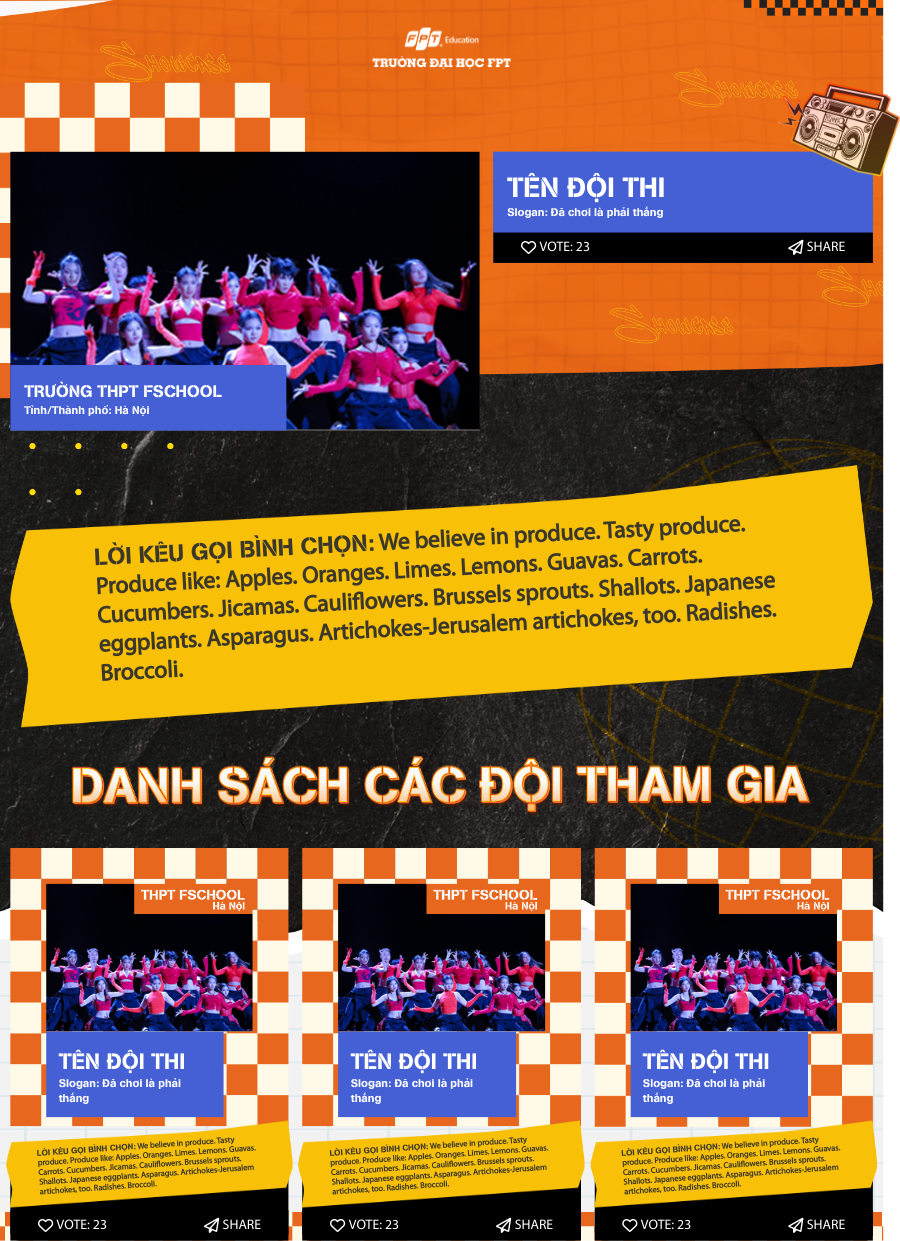
Repository: dinhtri123/hola_fpt
Page: detail.html
An editor plug-in stored every save of this project. The page is shown before and after the next save, followed by the edit.
The browser window is 1280 px wide. The page is 1305 px wide, so the pictures cover 1305 px, including what lies to the right of the window. The pictures show the whole page, at 69% of full size.

Above is the page before, as saved 2025-01-04 23:03:41.

After the next save:
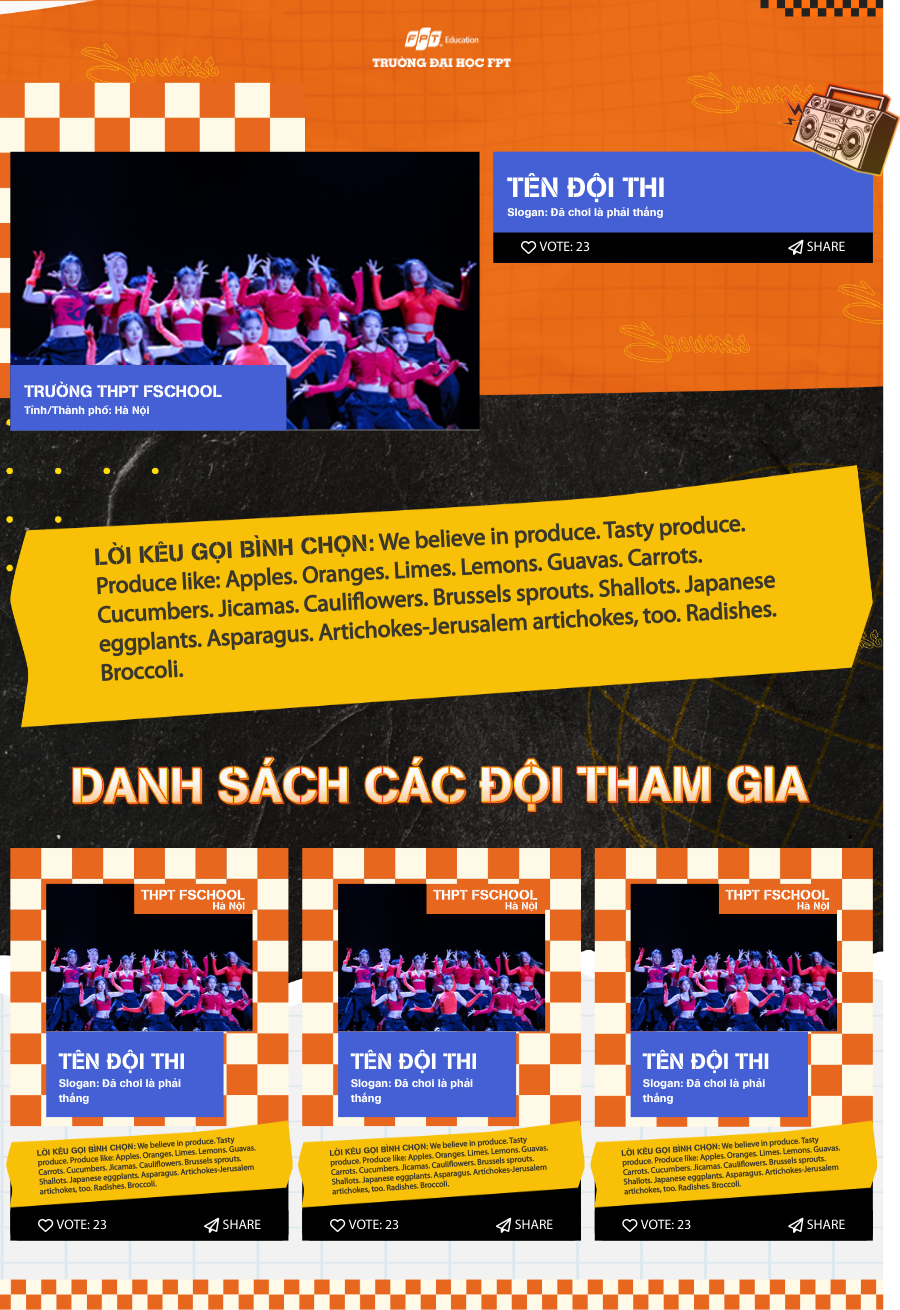
Saved 53 s later.
--- a/styles.css
+++ b/styles.css
@@ -453,6 +453,9 @@
   display: grid;
   grid-template-columns: repeat(3, 1fr);
   gap: 20px;
+}
+.detail-list {
+  padding-bottom: 100px;
 }
 @media screen and (max-width: 1280px) {
   .news-list {
